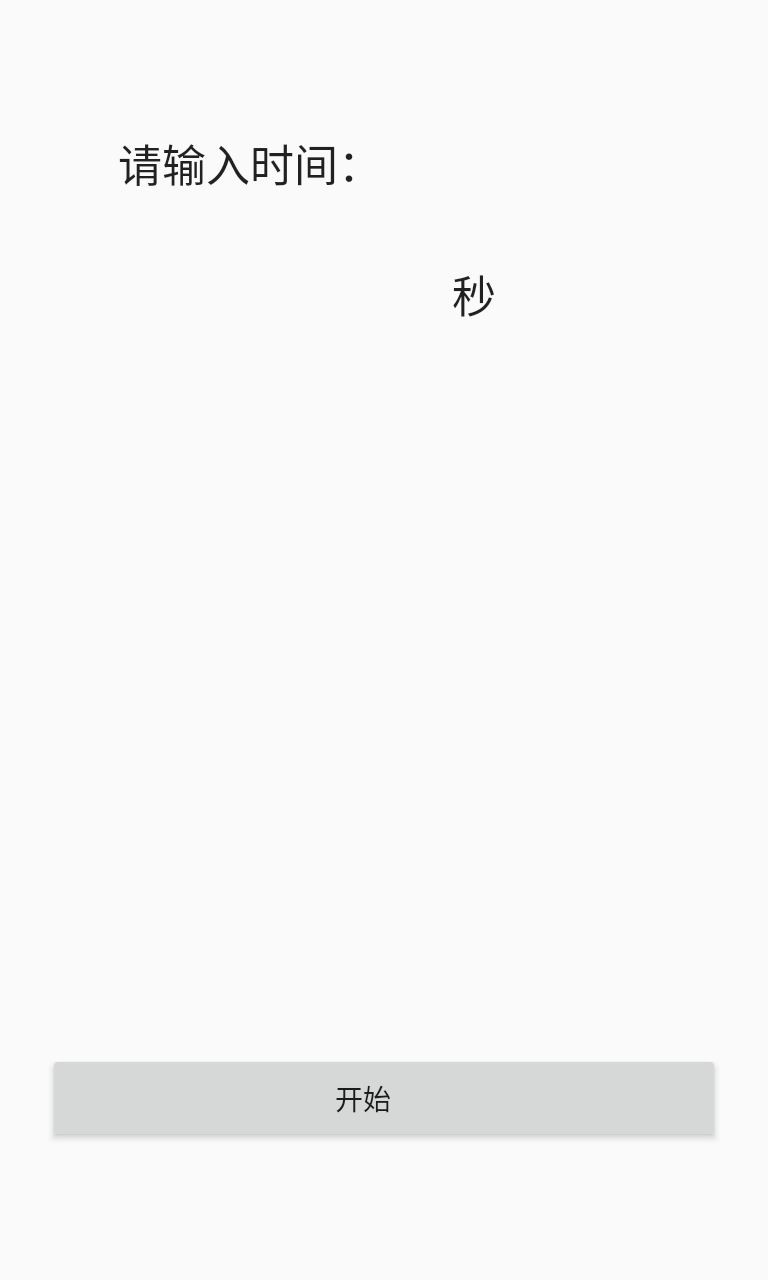
Repository: morning-ding/burning
Layout: test/res/layout/act_timer.xml
These files come from the project's save history. The layout is drawn as it stood at one moment and after the next save; the edit follows.
It is drawn on a 768 x 1280 px phone screen (xhdpi) without system bars, with theme AppTheme; the app's code is not run.

Above is the layout before, as saved 2015-04-28 09:41:58.

### test/res/layout/act_timer.xml
<?xml version="1.0" encoding="utf-8"?>
<RelativeLayout xmlns:android="http://schemas.android.com/apk/res/android"
    android:layout_width="fill_parent"
    android:layout_height="fill_parent" >

    <TextView
        android:id="@+id/input"
        android:layout_width="wrap_content"
        android:layout_height="wrap_content"
        android:layout_alignParentLeft="true"
        android:layout_alignParentTop="true"
        android:layout_marginLeft="59dp"
        android:layout_marginTop="65dp"
        android:text="请输入时间："
        android:textAppearance="?android:attr/textAppearanceLarge" />

    <TextView
        android:id="@+id/miao"
        android:layout_width="wrap_content"
        android:layout_height="wrap_content"
        android:layout_below="@+id/input"
        android:layout_marginLeft="35dp"
        android:layout_marginTop="33dp"
        android:layout_toRightOf="@+id/input"
        android:text="秒"
        android:textAppearance="?android:attr/textAppearanceLarge" />

    <Button
        android:id="@+id/begin"
        android:layout_width="match_parent"
        android:layout_height="wrap_content"
        android:layout_alignParentBottom="true"
        android:layout_centerHorizontal="true"
        android:layout_marginBottom="67dp"
        android:layout_marginRight="46dp"
        android:text="开始      " />

    <TextView
        android:id="@+id/show"
        android:layout_width="wrap_content"
        android:layout_height="wrap_content"
        android:layout_centerInParent="true"
        android:layout_marginRight="29dp"
        android:textAppearance="?android:attr/textAppearanceLarge" />


</RelativeLayout>

Loaded but not shown: test/res/values/styles.xml (common file); test/res/values-v11/styles.xml (common file); test/res/values-v14/styles.xml (common file)

After the next save:
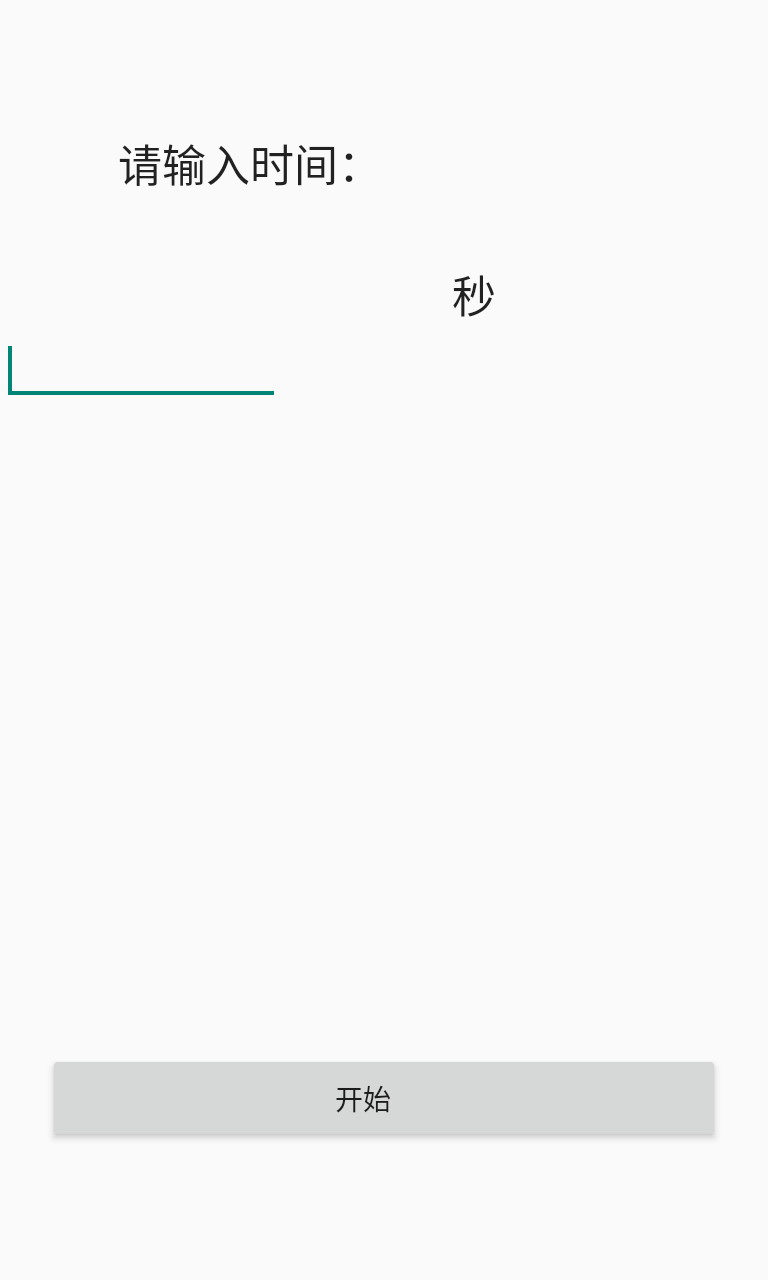
Saved 54 s later.
--- a/test/res/layout/act_timer.xml
+++ b/test/res/layout/act_timer.xml
@@ -43,5 +43,17 @@
         android:layout_marginRight="29dp"
         android:textAppearance="?android:attr/textAppearanceLarge" />
 
+    <EditText
+        android:id="@+id/ed"
+        android:layout_width="wrap_content"
+        android:layout_height="wrap_content"
+        android:layout_below="@+id/miao"
+        android:layout_marginRight="51dp"
+        android:layout_toLeftOf="@+id/show"
+        android:ems="10"
+        android:inputType="number" >
+
+        <requestFocus />
+    </EditText>
 
 </RelativeLayout>
